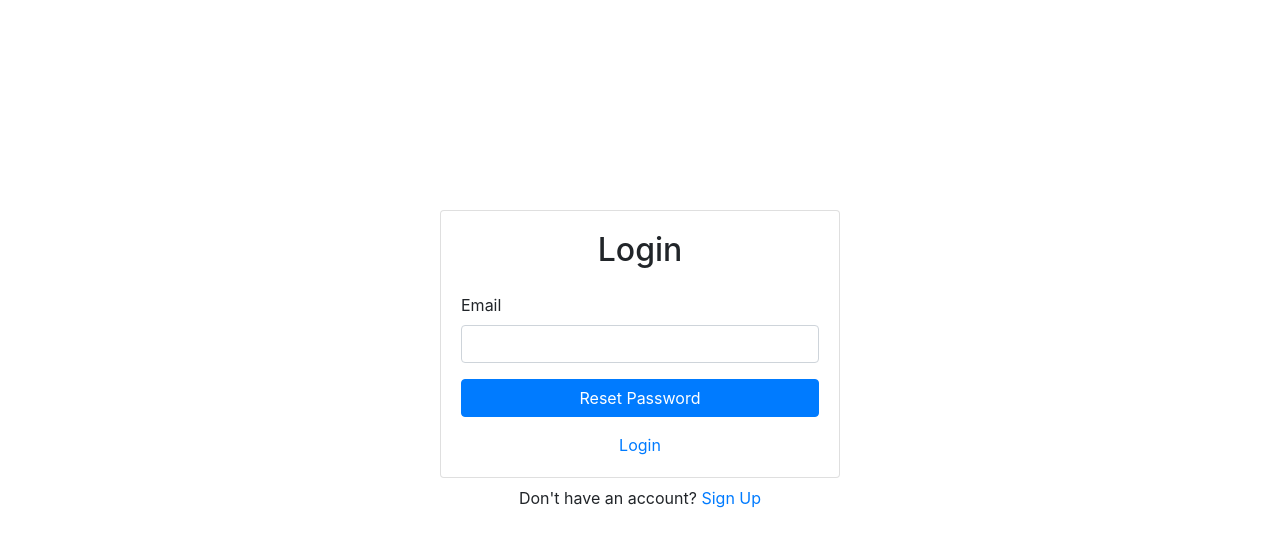
Repository: JonoBowenDev/firebase-tutorial
Page: /forgot-password
The author's editor kept a copy of each file at every save. The page is drawn from the files as they stood at one save, then again after the next save.
The browser window is 1280 px wide. The pictures show the whole page.
The project was rebuilt for these pictures with package versions that can differ from the ones it lists, and the page was loaded fresh each time. Also part of the build but not shown: src/components/SignUp.js, src/components/Dashboard.js, src/components/Login.js, src/components/PrivateRoute.js.

Above is the page before, as saved 2021-03-12 18:58:32.

After the next save:
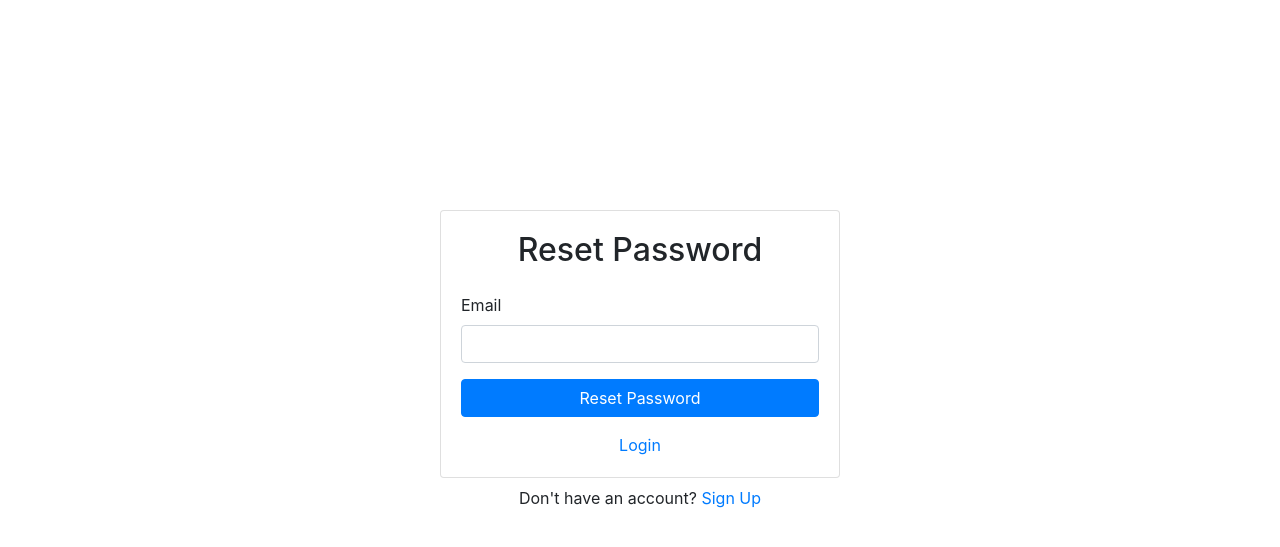
Saved 14 s later.
--- a/src/components/ForgotPassword.js
+++ b/src/components/ForgotPassword.js
@@ -33,7 +33,7 @@ export default function ForgotPassword() {
         <div>
         <Card>
             <Card.Body>
-                <h2 className="text-center mb-4">Login</h2>
+                <h2 className="text-center mb-4">Reset Password</h2>
                 {error && <Alert variant ="danger">{error}</Alert>}
                 <Form onSubmit={handleSubmit}>
                     <Form.Group id="email">
